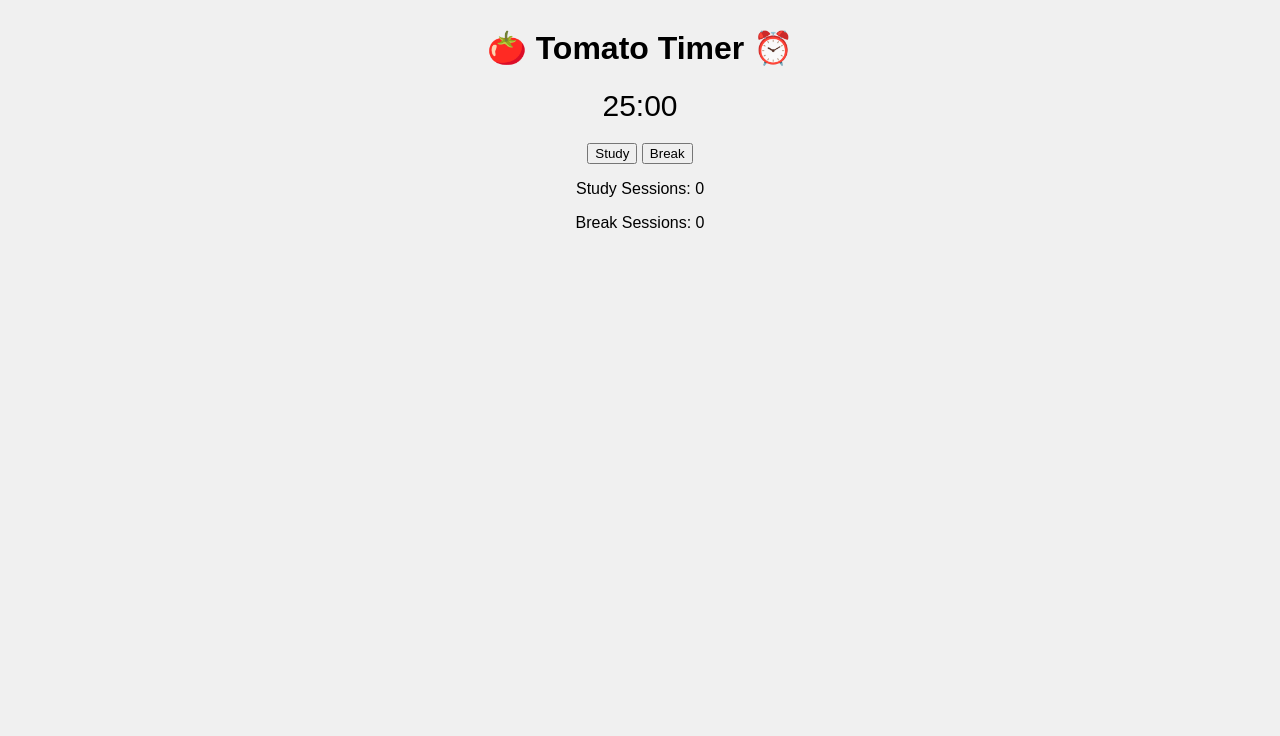
Repository: valentinaarojas/tomato-timer
Page: index.html
The author's editor kept a copy of each file at every save. The page is drawn from the files as they stood at one save, then again after the next save.
The browser window is 1280 px wide. The pictures show the whole page.

Above is the page before, as saved 2025-02-06 19:59:12.

### index.html
<!DOCTYPE html>
<html lang="en">
<head>
    <title>Tomato Timer</title>
    <link rel="stylesheet" href="styles.css">
</head>
<body>
    <div id="container">
        <h1>🍅 Tomato Timer ⏰</h1>
        <div id="timer-display">
            <span id="time-left">25:00</span>
        </div>
        <div id="buttons">
            <button id="study-btn">Study</button>
            <button id="break-btn">Break</button>
        </div>
        <div id="session-count">
            <p>Study Sessions: <span id="study-count">0</span></p>
            <p>Break Sessions: <span id="break-count">0</span></p>
        </div>
    </div>
</body>
</html>

### styles.css
body {
    font-family: Arial, sans-serif;
    background-color: #f0f0f0;
    display: flex;
    justify-content: center;
    text-align: center;
    height: 100vh;
}

.container {
    text-align: center;
}

#timer-display {
    margin: 20px 0;
    font-size: 30px;
}

After the next save:
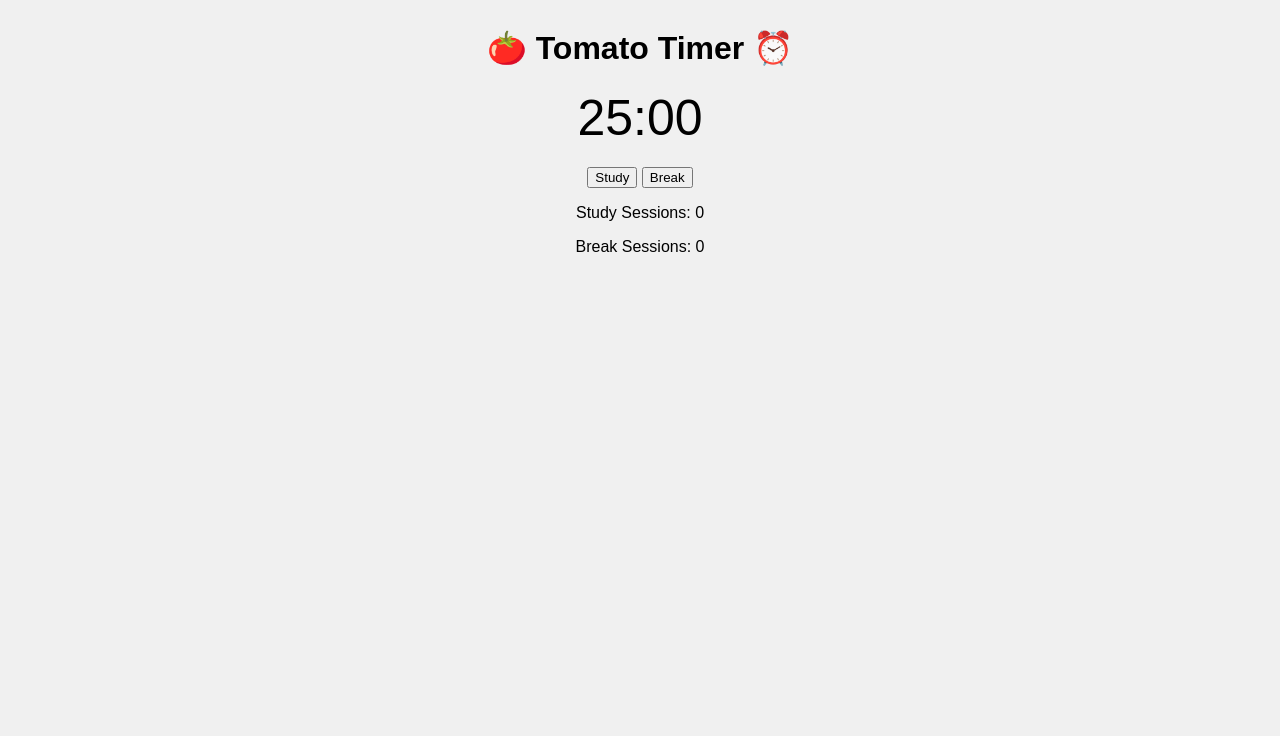
Saved 5 s later.
--- a/styles.css
+++ b/styles.css
@@ -13,5 +13,5 @@ body {
 
 #timer-display {
     margin: 20px 0;
-    font-size: 30px;
+    font-size: 50px;
 }
